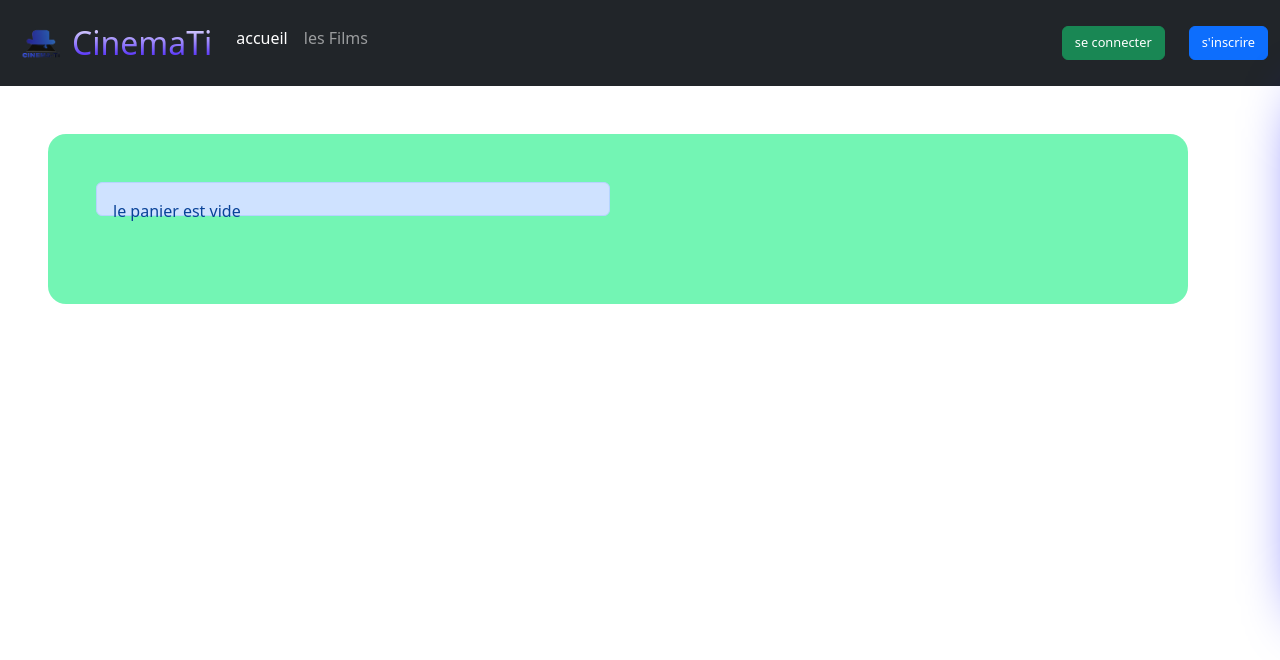
Repository: ahmed-rabah/cinemaMiniProject
Page: http://localhost/finaliserCommande.php
An editor plug-in stored every save of this project. The page is shown before and after the next save, followed by the edit.
The browser window is 1280 px wide. The pictures show the whole page.
The page is run by PHP 8.4 with error messages shown; the project is at /var/www/html/.

Above is the page before, as saved 2023-01-12 12:35:21.
Console error: TypeError: Cannot read properties of null (reading 'addEventListener')

After the next save:
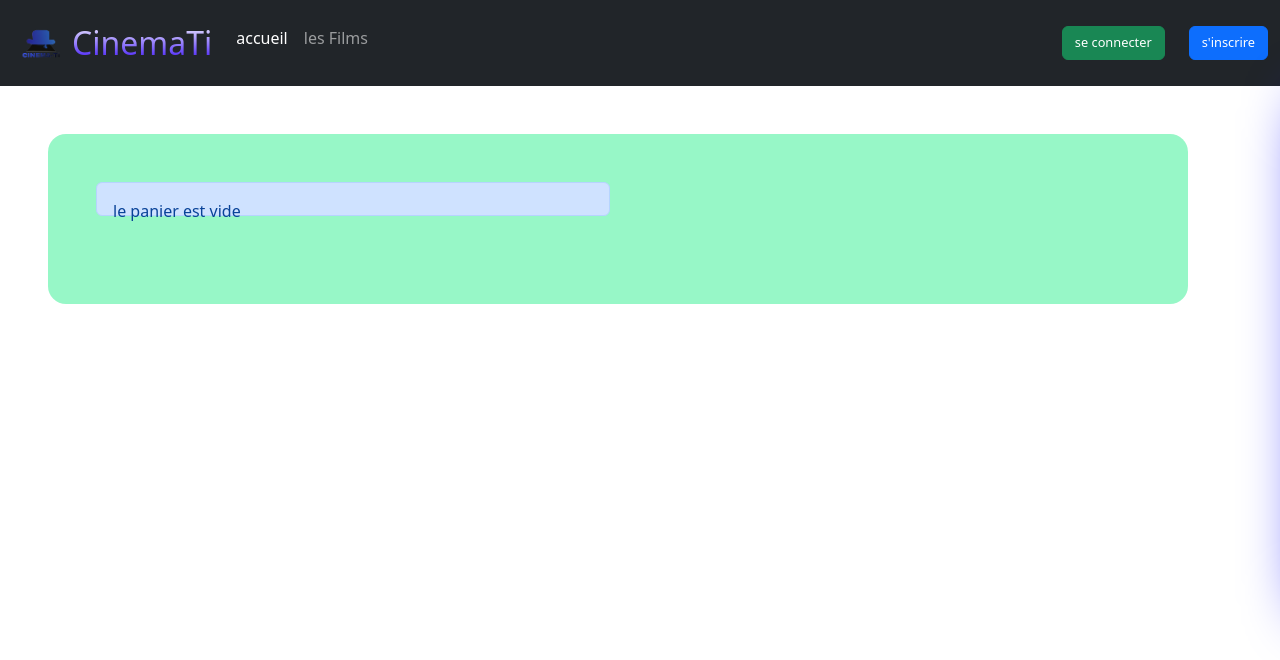
Saved 29 s later.
--- a/css/style2.css
+++ b/css/style2.css
@@ -123,7 +123,7 @@ html{
 .container{
     margin: 3em;
     padding: 3em;
-    background-color : rgb(115, 245, 180) ;
+    background-color : rgb(151, 247, 199) ;
     border-radius: 18px;
 
 }
